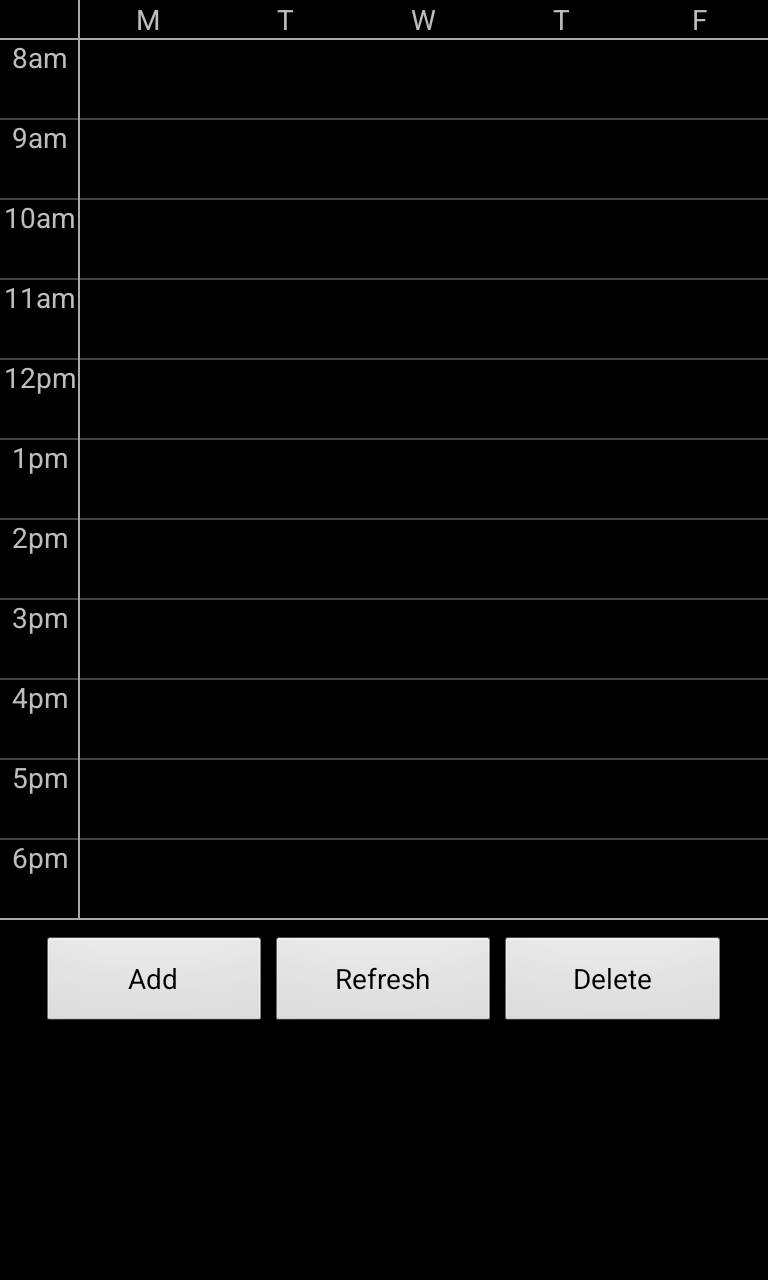
Repository: appsfactory/OfficeHours
Layout: OfficeHoursClient/res/layout/activity_schedule_view.xml
An editor plug-in stored every save of this project. The layout is shown before and after the next save, followed by the edit.
It is drawn on a 768 x 1280 px phone screen (xhdpi) without system bars, with theme AppTheme; the app's code is not run.

Above is the layout before, as saved 2012-10-03 18:06:26.

After the next save:
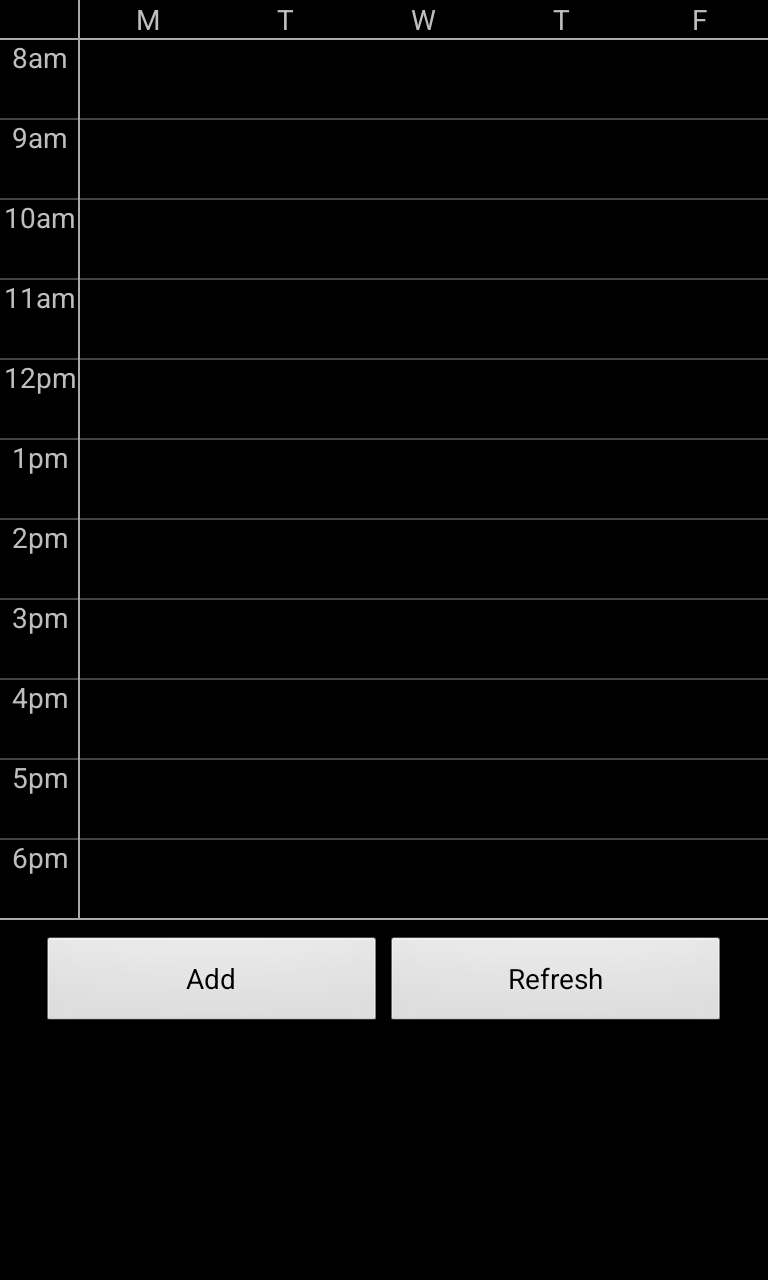
Saved 5 s later.
--- a/OfficeHoursClient/res/layout/activity_schedule_view.xml
+++ b/OfficeHoursClient/res/layout/activity_schedule_view.xml
@@ -311,12 +311,6 @@
             android:layout_weight="1"
             android:onClick="refreshSchedule"
             android:text="Refresh" />
-        <Button
-            android:id="@+id/addbutton"
-            android:layout_width="0dp"
-            android:layout_height="fill_parent"
-            android:layout_weight="1"
-            android:text="Delete" />
 
     </LinearLayout>
 
